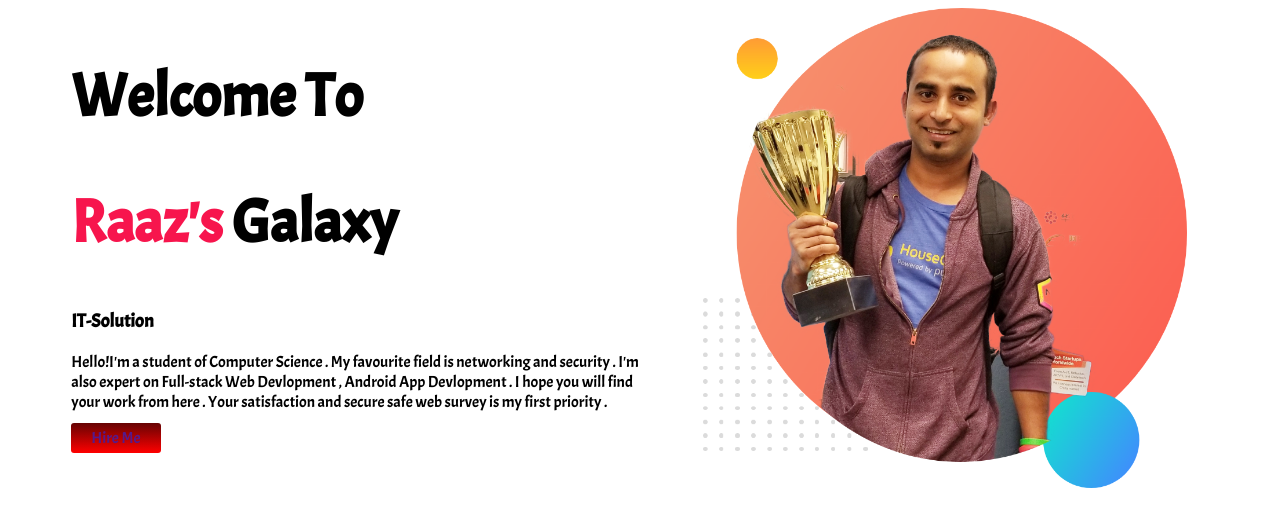
Repository: ramizraaz/my-portfolio
Page: about.html
The author's editor kept a copy of each file at every save. The page is drawn from the files as they stood at one save, then again after the next save.
The browser window is 1280 px wide. The pictures show the whole page.

Above is the page before, as saved 2022-01-13 18:35:28.

After the next save:
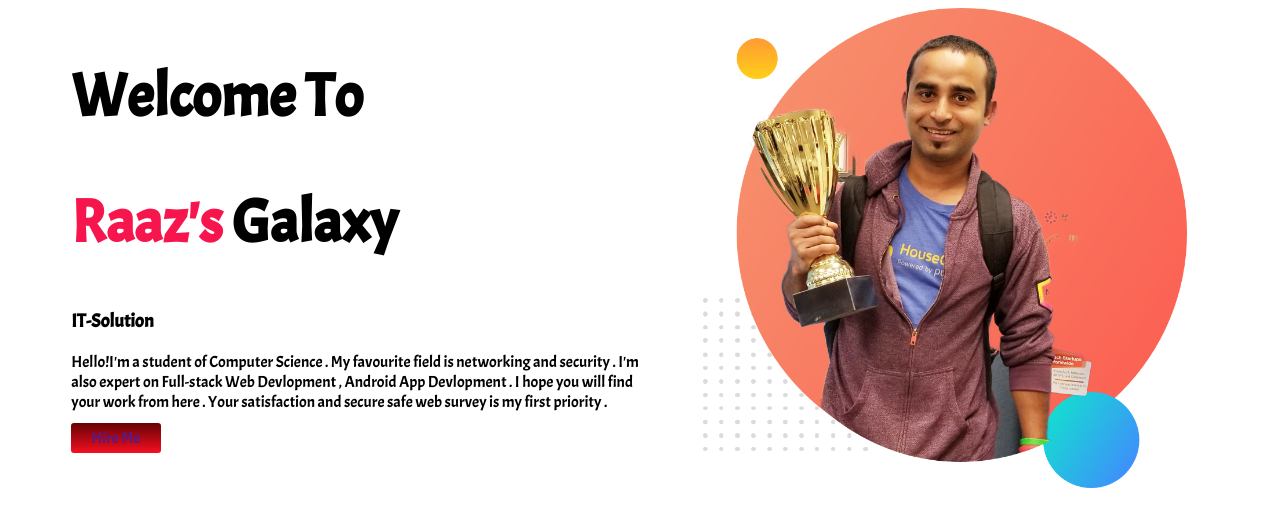
Saved 6 s later.
--- a/design.css
+++ b/design.css
@@ -28,7 +28,7 @@
 
 .link-button {
     text-decoration: none;
-    background-image: linear-gradient(rgb(102, 3, 3), red);
+    background-image: linear-gradient(rgb(102, 3, 3), #f50f22);
     padding: 5px 20px;
     border-radius: 3px;
 }
